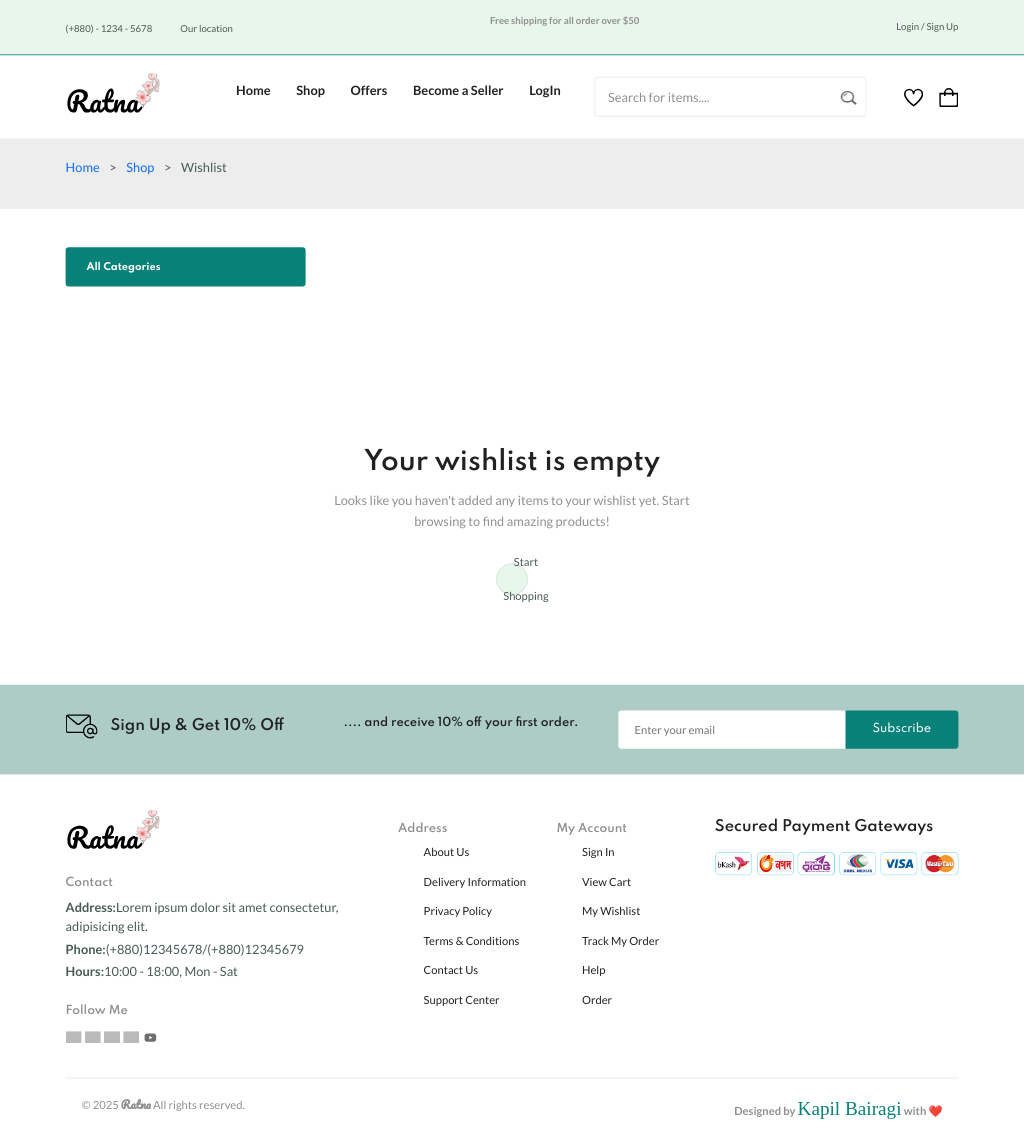
Repository: kapilbairagi/my-ecommerce-website
Page: public/wishlist.html
These files come from the project's save history. The page is drawn as it stood at one moment and after the next save; the edit follows.
The browser window is 1280 px wide. The pictures show the whole page, at 80% of full size.
Pictures or frames that could not be fetched are drawn as grey boxes. Some icons come from a web library that is not loaded, so they are not drawn. Some web fonts or font styles are not loaded; a fallback is used.

Above is the page before, as saved 2025-10-18 22:25:02.
Console error: TypeError: Cannot set properties of null (setting 'innerHTML')

### public/wishlist.html
<!DOCTYPE html>
<html lang="en">
  <head>
    <meta charset="UTF-8" />
    <meta name="viewport" content="width=device-width, initial-scale=1.0" />

     <!--=============== FLATICON ===============-->
     <link rel='stylesheet' href='https://cdn-uicons.flaticon.com/3.0.0/uicons-bold-rounded/css/uicons-bold-rounded.css'>

    <!--=============== SWIPER CSS ===============-->
    <link rel="stylesheet" href="https://cdn.jsdelivr.net/npm/swiper@10/swiper-bundle.min.css" />

    <!--=============== CSS ===============-->
    <link href="https://cdn.jsdelivr.net/npm/bootstrap@5.3.3/dist/css/bootstrap.min.css" rel="stylesheet">
    <link rel="stylesheet" href="assets/css/styles.css" />

    <link rel="icon" href="assets/img/tab-img.png" type="image/png">
    <title>Wishlist</title>
  </head>
  <body>
    <!--=============== HEADER ===============-->
      <header class="header">
      <div class="header__top">
        <div class="header__container container">
          <div class="header__contact">
            <span>(+880) - 1234 - 5678</span>
            <span>Our location</span>
          </div>
          <p class="header__alert-news">
            Free shipping for all order over $50
          </p>
          <a href="login.html" class="header__top-action">Login / Sign Up</a>
        </div>
      </div>

      <nav class="nav container">
        <a href="index.html" class="nav__logo">
          <img src="assets/img/logo.svg" alt="Logo" class="nav__logo-img"/>
        </a>

        <div class="nav__menu" id="nav-menu">
          <div class="nav__menu-top">
            <a href="index.html" class="nav__menu-logo">
              <img src="assets/img/logo.svg" alt="">
            </a>

            <div class="nav__close" id="nav-close">
              <i class="fi fi-br-cross-small"></i>
            </div>
          </div>

          <ul class="nav__list">
            <li class="nav__item">
              <a href="index.html" class="nav__link">Home</a>
            </li>

            <li class="nav__item">
              <a href="shop.html" class="nav__link">Shop</a>
            </li>

            <li class="nav__item">
              <a href="offers.html" class="nav__link">Offers</a>
            </li>

            <li class="nav__item">
              <a href="become-seller.html" class="nav__link">Become a Seller</a>
            </li>
            <li class="nav__item">
              <a href="login.html" class="nav__link">LogIn</a>
            </li>
          </ul>

          <div class="header__search">
            <input type="text" placeholder="Search for items...." class="form__input"/>
            <button type="button" class="search__btn" aria-label="Search">
              <img src="assets/img/search.png" alt="icon-search">
            </button>
          </div>
        </div>


        <div class="header__user-actions">
          <a href="wishlist.html" class="header__action-btn">
            <img src="assets/img/icon-heart.svg" alt="icon-heart">
            <span class="count"></span>
          </a>

          <a href="cart.html" class="header__action-btn">
            <img src="assets/img/icon-cart.svg" alt="icon-cart">
            <span class="count"></span>
          </a>
          <div class="header__action-btn nav__toggle" id="nav-toggle">
            <img src="assets/img/menu-burger.svg" alt="">
          </div>

        </div>
      </nav>
    </header>

    <!--=============== MAIN ===============-->
    <main class="main">
      <!--=============== BREADCRUMB ===============-->
      <section class="breadcrumb">
        <ul class="breadcrumb__list flex container">
         <li><a href="index.html" class="breadcrumb__link">Home</a></li>
         <li><span class="breadcrumb__link">></span></li>
         <li><a href="shop.html" class="breadcrumb__link">Shop</a></li>
         <li><span class="breadcrumb__link">></span></li>
         <li><span class="breadcrumb__link">Wishlist</span></li>
        </ul>
      </section>
      <!--=============== CATEGORIES DROPDOWN ===============-->
      <section class="categories-dropdown section container">
        <div class="dropdown categories-dropdown__container">
          <button
            class="btn dropdown-toggle categories-dropdown__select"
            type="button"
            id="categoriesDropdownButton"
            data-bs-toggle="dropdown"
            aria-expanded="false"
          >
            <span class="categories-dropdown__selected">All Categories</span>
            <i class="fi fi-br-angle-down categories-dropdown__arrow"></i>
          </button>

          <ul class="dropdown-menu categories-dropdown__list" aria-labelledby="categoriesDropdownButton">
            <li class="dropdown-header categories-dropdown__title">Women's & Girls' Fashion</li>
            <li><a class="dropdown-item categories-dropdown__link" href="#">Western Wear</a></li>
            <li><a class="dropdown-item categories-dropdown__link" href="#">Muslim Wear</a></li>
            <li><a class="dropdown-item categories-dropdown__link" href="#">Traditional Wear</a></li>
            <li><a class="dropdown-item categories-dropdown__link" href="#">Shoes</a></li>
            <li><a class="dropdown-item categories-dropdown__link" href="#">Innerwear</a></li>
            <li><hr class="dropdown-divider"></li>

            <li class="dropdown-header categories-dropdown__title">Men's & Boys' Fashion</li>
            <li><a class="dropdown-item categories-dropdown__link" href="#">Western Wear</a></li>
            <li><a class="dropdown-item categories-dropdown__link" href="#">Muslim Wear</a></li>
            <li><a class="dropdown-item categories-dropdown__link" href="#">Traditional Wear</a></li>
            <li><a class="dropdown-item categories-dropdown__link" href="#">Shoes</a></li>
            <li><a class="dropdown-item categories-dropdown__link" href="#">Innerwear</a></li>
            <li><hr class="dropdown-divider"></li>

            <li class="dropdown-header categories-dropdown__title">Bags</li>
            <li><a class="dropdown-item categories-dropdown__link" href="#">Wallets</a></li>
            <li><a class="dropdown-item categories-dropdown__link" href="#">Bag Charms & Accessories</a></li>
            <li><a class="dropdown-item categories-dropdown__link" href="#">Crossbody & Shoulder Bags</a></li>
            <li><a class="dropdown-item categories-dropdown__link" href="#">Tote Bags</a></li>
            <li><a class="dropdown-item categories-dropdown__link" href="#">Backpacks</a></li>
            <li><a class="dropdown-item categories-dropdown__link" href="#">Top Handle Bags and Clutches</a></li>
            <li><hr class="dropdown-divider"></li>

            <li class="dropdown-header categories-dropdown__title">Watches, Bags, Jewellery</li>
            <li><a class="dropdown-item categories-dropdown__link" href="#">Watches</a></li>
            <li><a class="dropdown-item categories-dropdown__link" href="#">Bags</a></li>
            <li><a class="dropdown-item categories-dropdown__link" href="#">Jewellery</a></li>
            <li><hr class="dropdown-divider"></li>

            <li class="dropdown-header categories-dropdown__title">Electronic Accessories</li>
            <li><a class="dropdown-item categories-dropdown__link" href="#">TV & Home Appliances</a></li>
            <li><a class="dropdown-item categories-dropdown__link" href="#">Electronics Device</a></li>
            <li><a class="dropdown-item categories-dropdown__link" href="#">Audio & Video</a></li>
            <li><a class="dropdown-item categories-dropdown__link" href="#">Computer Accessories</a></li>
            <li><hr class="dropdown-divider"></li>

            <li class="dropdown-header categories-dropdown__title">Sports & Outdoors</li>
            <li><a class="dropdown-item categories-dropdown__link" href="#">Exercise & Fitness</a></li>
            <li><a class="dropdown-item categories-dropdown__link" href="#">Team Sports</a></li>
            <li><a class="dropdown-item categories-dropdown__link" href="#">Outdoor Recreation</a></li>
            <li><a class="dropdown-item categories-dropdown__link" href="#">Sports Accessories</a></li>
            <li><hr class="dropdown-divider"></li>

            <li class="dropdown-header categories-dropdown__title">Home & Lifestyle</li>
            <li><a class="dropdown-item categories-dropdown__link" href="#">Furniture</a></li>
            <li><a class="dropdown-item categories-dropdown__link" href="#">Home Decor</a></li>
            <li><a class="dropdown-item categories-dropdown__link" href="#">Kitchen & Dining</a></li>
            <li><a class="dropdown-item categories-dropdown__link" href="#">Bed & Bath</a></li>
            <li><a class="dropdown-item categories-dropdown__link" href="#">Garden & Outdoor</a></li>
            <li><hr class="dropdown-divider"></li>

            <li class="dropdown-header categories-dropdown__title">Mother & Baby</li>
            <li><a class="dropdown-item categories-dropdown__link" href="#">Baby Clothing</a></li>
            <li><a class="dropdown-item categories-dropdown__link" href="#">Diapering & Potty</a></li>
            <li><a class="dropdown-item categories-dropdown__link" href="#">Feeding</a></li>
            <li><a class="dropdown-item categories-dropdown__link" href="#">Nursery</a></li>
            <li><a class="dropdown-item categories-dropdown__link" href="#">Baby Personal Care</a></li>
            <li><hr class="dropdown-divider"></li>

            <li class="dropdown-header categories-dropdown__title">Automotive & Motorbike</li>
            <li><a class="dropdown-item categories-dropdown__link" href="#">Car Accessories</a></li>
            <li><a class="dropdown-item categories-dropdown__link" href="#">Motorcycle Accessories</a></li>
            <li><a class="dropdown-item categories-dropdown__link" href="#">Car Electronics</a></li>
            <li><a class="dropdown-item categories-dropdown__link" href="#">Oils & Fluids</a></li>
            <li><a class="dropdown-item categories-dropdown__link" href="#">Tools & Equipment</a></li>
            <li><hr class="dropdown-divider"></li>

            <li class="dropdown-header categories-dropdown__title">Groceries</li>
            <li><a class="dropdown-item categories-dropdown__link" href="#">Food Cupboard</a></li>
            <li><a class="dropdown-item categories-dropdown__link" href="#">Beverages</a></li>
            <li><a class="dropdown-item categories-dropdown__link" href="#">Snacks</a></li>
            <li><a class="dropdown-item categories-dropdown__link" href="#">Breakfast Foods</a></li>
            <li><a class="dropdown-item categories-dropdown__link" href="#">Canned Goods</a></li>
            <li><hr class="dropdown-divider"></li>

            <li class="dropdown-header categories-dropdown__title">Health & Beauty</li>
            <li><a class="dropdown-item categories-dropdown__link" href="#">Skincare</a></li>
            <li><a class="dropdown-item categories-dropdown__link" href="#">Makeup</a></li>
            <li><a class="dropdown-item categories-dropdown__link" href="#">Hair Care</a></li>
            <li><a class="dropdown-item categories-dropdown__link" href="#">Fragrance</a></li>
            <li><a class="dropdown-item categories-dropdown__link" href="#">Personal Care</a></li>
          </ul>
        </div>
      </section>
      <!--=============== WISHLIST ===============-->
      <section class="wishlist section--lg container">
        <div class="table__container">
          <table class="table">
            <tr>
              <th>Product Image</th>
              <th>Product Name</th>
              <th>Price</th>
              <th>Stock Status</th>
              <th>Action</th>
              <th>Remove</th>
            </tr>
            <!-- Items will be added dynamically by JavaScript -->
          </table>
        </div>
      </section>

       <!--=============== NEWSLETTER ===============-->
     <section class="newsletter section">
        <div class="newsletter__container container grid">
          <h3 class="newsletter__title flex">
            <img src="assets/img/icon-email.svg" alt="email icon" class="newsletter__icon">
            Sign Up & Get 10% Off
          </h3>

          <p class="newsletter__description">.... and receive 10% off your first order.</p>

          <form action="" class="newsletter__form">
            <input type="email" placeholder="Enter your email" class="newsletter__input">
            <button type="submit" class="newsletter__btn">Subscribe</button>
          </form>
        </div>
      </section>
    </main>

    <!--=============== FOOTER ===============-->
    <footer class="footer container">
      <div class="footer__container grid">
        <div class="footer__content">
          <a href="index.html" class="footer__logo"><img src="assets/img/logo.svg" alt="logo" class="footer__logo-img"></a>

          <h4 class="footer__subtitle">Contact</h4>

          <p class="footer__description"><span>Address:</span>Lorem ipsum dolor sit amet consectetur, adipisicing elit.</p>
          <p class="footer__description"><span>Phone:</span>(+880)12345678/(+880)12345679</p>
          <p class="footer__description"><span>Hours:</span>10:00 - 18:00, Mon - Sat</p>
          <div class="footer__social">
            <h4 class="footer__subtitle">Follow Me</h4>
            <div class="footer__social-links flex">
              <a href=""><img src="assets/img/icon-facebook.svg" alt="facebook" class="footer__social-icon"></a>
              <a href=""><img src="assets/img/icon-twitter.svg" alt="twitter" class="footer__social-icon"></a>
              <a href=""><img src="assets/img/icon-instagram.svg" alt="instagram" class="footer__social-icon"></a>
              <a href=""><img src="assets/img/icon-pinterest.svg" alt="pinterest" class="footer__social-icon"></a>
              <a href=""><img src="assets/img/icon-youtube.svg" alt="youtube" class="footer__social-icon"></a>
            </div>
          </div>
        </div>

        <div class="footer__content">
          <h4 class="footer__subtitle">Address</h4>
          <ul class="footer__links">
            <li><a href="#" class="footer__link">About Us</a></li>
            <li><a href="#" class="footer__link">Delivery Information</a></li>
            <li><a href="#" class="footer__link">Privacy Policy</a></li>
            <li><a href="#" class="footer__link">Terms & Conditions</a></li>
            <li><a href="#" class="footer__link">Contact Us</a></li>
            <li><a href="#" class="footer__link">Support Center</a></li>
          </ul>
        </div>

        <div class="footer__content">
          <h4 class="footer__subtitle">My Account</h4>
          <ul class="footer__links">
            <li><a href="login-register.html" class="footer__link">Sign In</a></li>
            <li><a href="cart.html" class="footer__link">View Cart</a></li>
            <li><a href="wishlist.html" class="footer__link">My Wishlist</a></li>
            <li><a href="#" class="footer__link">Track My Order</a></li>
            <li><a href="#" class="footer__link">Help</a></li>
            <li><a href="#" class="footer__link">Order</a></li>
          </ul>
        </div>

        <div class="footer__content">
          <h3 class="footer__title">Secured Payment Gateways</h3>
          <img src="assets/img/payment-method.png" alt="payment-method">
        </div>
      </div>

      <div class="footer__bottom">
        <p class="copyright">© 2025 <span class="brand__name">Ratna</span> All rights reserved.</p>
        <span class="designer">Designed by <span class="designer__name">Kapil Bairagi</span> with ❤️</span>
      </div>
    </footer>

   <!--=============== SWIPER JS ===============-->
    <script src="https://cdn.jsdelivr.net/npm/swiper@11/swiper-bundle.min.js"></script>

    <!--=============== MAIN JS ===============-->
    <script src="https://cdn.jsdelivr.net/npm/bootstrap@5.3.3/dist/js/bootstrap.bundle.min.js"></script>
    <script src="assets/js/cart-manager.js"></script>
    <script src="assets/js/wishlist-manager.js"></script>
    <script src="assets/js/main.js"></script>

    <!--=============== ADD TO CART POPUP ===============-->
    <div class="cart-popup" id="cart-popup">
      <div class="cart-popup__overlay"></div>
      <div class="cart-popup__content">
        <button class="cart-popup__close" id="popup-close">&times;</button>

        <div class="cart-popup__grid">
          <!-- Left: Product Image -->
          <div class="cart-popup__img-box">
            <img id="popup-img" src="assets/img/default.jpg" alt="Product Image" class="cart-popup__img">
          </div>

          <!-- Right: Product Info -->
          <div class="cart-popup__details">
            <h2 id="popup-title" class="details__title">Product Title</h2>
            <p id="popup-category" class="details__brand">Brand:<span>Nike</span></p>

            <div class="details__price">
              <span id="popup-price" class="new__price">$0.00</span>
              <span id="popup-old-price" class="old__price">$0.00</span>
              <span id="popup-discount" class="discount"></span>
            </div>

            <p id="popup-desc" class="details__description">
              Lorem ipsum, dolor sit amet consectetur adipisicing elit...
            </p>

            <ul class="details__meta">
              <li><span>SKU:</span> <span id="popup-sku">N/A</span></li>
              <li><span>Availability:</span> <span class="availability in-stock" id="popup-availability">In Stock</span></li>
            </ul>

            <div class="details__group">
              <span>Color</span>
              <div id="popup-colors" class="color__list"></div>
            </div>

            <div class="details__group">
              <span>Size</span>
              <div id="popup-sizes" class="size__list"></div>
            </div>

            <div class="details__actions">
              <input type="number" id="popup-quantity" class="quantity" value="1" min="1"/>
              <!-- ADD THIS CONFIRM BUTTON -->
              <button class="btn btn--sm details__cart-btn" id="confirm-add" aria-label="Add To Cart">
                <i class="fi fi-br-shopping-bag-add"></i> Add to Cart
              </button>
            </div>
          </div>
        </div>
      </div>
    </div>
  </body>
</html>

### public/assets/js/wishlist-manager.js
/*=============== WISHLIST FUNCTIONALITY ===============*/

function addToWishlist(product) {
  let wishlistItems = JSON.parse(localStorage.getItem('wishlistItems')) || [];
  const productId = product.id || generateProductId(product.title, product.price, product.img);

  const existingIndex = wishlistItems.findIndex(item => item.id === productId);
  if (existingIndex === -1) {
    wishlistItems.push({
      id: productId,
      title: product.title,
      category: product.category || '',
      price: product.price,
      img: product.img || 'assets/img/product-1-1.jpg'
    });
    localStorage.setItem('wishlistItems', JSON.stringify(wishlistItems));
    updateCounter('wishlistCount', wishlistItems.length);
    showNotification('Product added to wishlist successfully!');
  } else {
    showNotification('This product is already in your wishlist!');
  }
}

function initializeWishlist() {
  loadWishlistItems();
}

function loadWishlistItems() {
  const wishlistItems = JSON.parse(localStorage.getItem('wishlistItems')) || [];
  const table = document.querySelector('.wishlist .table');
  if (!table) return;

  // Clear existing rows except header
  table.querySelectorAll('tr:not(:first-child)').forEach(r => r.remove());

  // Render each item with data-id
  wishlistItems.forEach(item => {
    const tr = document.createElement('tr');
    tr.dataset.id = item.id;
    tr.innerHTML = `
      <td><img src="${item.img}" alt="product image" class="table__img"></td>
      <td>
        <h3 class="table__title">${item.title}</h3>
        <p class="table__description">${item.category}</p>
      </td>
      <td><span class="table__price">$${Number(item.price).toFixed(2)}</span></td>
      <td><span class="table__stock">In Stock</span></td>
      <td><a href="#" class="btn btn--sm add-to-cart-from-wishlist">Add To Cart</a></td>
      <td><i class="fi fi-br-trash table__trash"></i></td>
    `;
    table.appendChild(tr);
  });

  updateCounter('wishlistCount', wishlistItems.length);
  checkEmptyWishlist();
  reattachWishlistEventListeners();
}

function reattachWishlistEventListeners() {
  document.querySelectorAll('.wishlist .table__trash').forEach(btn => {
    btn.addEventListener('click', function() {
      const row = this.closest('tr');
      removeWishlistItem(row);
    });
  });

  document.querySelectorAll('.wishlist .add-to-cart-from-wishlist').forEach(btn => {
    btn.addEventListener('click', function(e) {
      e.preventDefault();
      const row = this.closest('tr');
      addToCartFromWishlist(row);
    });
  });
}

function removeWishlistItem(row) {
  const id = row.dataset.id;

  row.style.transition = 'opacity 0.3s ease';
  row.style.opacity = '0';

  setTimeout(() => {
    let wishlistItems = JSON.parse(localStorage.getItem('wishlistItems')) || [];
    wishlistItems = wishlistItems.filter(i => i.id !== id);
    localStorage.setItem('wishlistItems', JSON.stringify(wishlistItems));

    row.remove();
    updateCounter('wishlistCount', wishlistItems.length);
    checkEmptyWishlist();
  }, 300);
}

function addToCartFromWishlist(row) {
  const id = row.dataset.id;
  const title = row.querySelector('.table__title').textContent;
  const category = row.querySelector('.table__description').textContent;
  const price = parseFloat(row.querySelector('.table__price').textContent.replace(/[^\d.]/g, ''));
  const img = row.querySelector('.table__img').src;

  let cartItems = JSON.parse(localStorage.getItem('cartItems')) || [];
  const idx = cartItems.findIndex(item => item.id === id);

  if (idx !== -1) {
    cartItems[idx].quantity += 1;
  } else {
    cartItems.push({ id, title, category, price, quantity: 1, img });
  }
  localStorage.setItem('cartItems', JSON.stringify(cartItems));

  const currentCartCount = parseInt(localStorage.getItem('cartCount') || '0', 10);
  updateCounter('cartCount', currentCartCount + 1);

  showNotification('Item added to cart successfully!');
  removeWishlistItem(row);
}

function checkEmptyWishlist() {
  const wishlistItems = JSON.parse(localStorage.getItem('wishlistItems')) || [];
  const container = document.querySelector('.wishlist .table__container');

  if (container && wishlistItems.length === 0) {
    container.innerHTML = `
      <div class="empty-wishlist">
        <i class="fi fi-br-heart empty-wishlist__icon"></i>
        <h2 class="empty-wishlist__title">Your wishlist is empty</h2>
        <p class="empty-wishlist__description">Looks like you haven't added any items to your wishlist yet. Start browsing to find amazing products!</p>
        <a href="shop.html" class="action__btn cart__btn flex">
          <i class="fi-br-shopping-bag"></i>
          Start Shopping
        </a>
      </div>
    `;
  }
}

Loaded but not shown: public/assets/js/main.js (703 lines, source omitted); public/assets/js/cart-manager.js (562 lines, source omitted); public/assets/css/styles.css (3989 lines, source omitted)

After the next save:
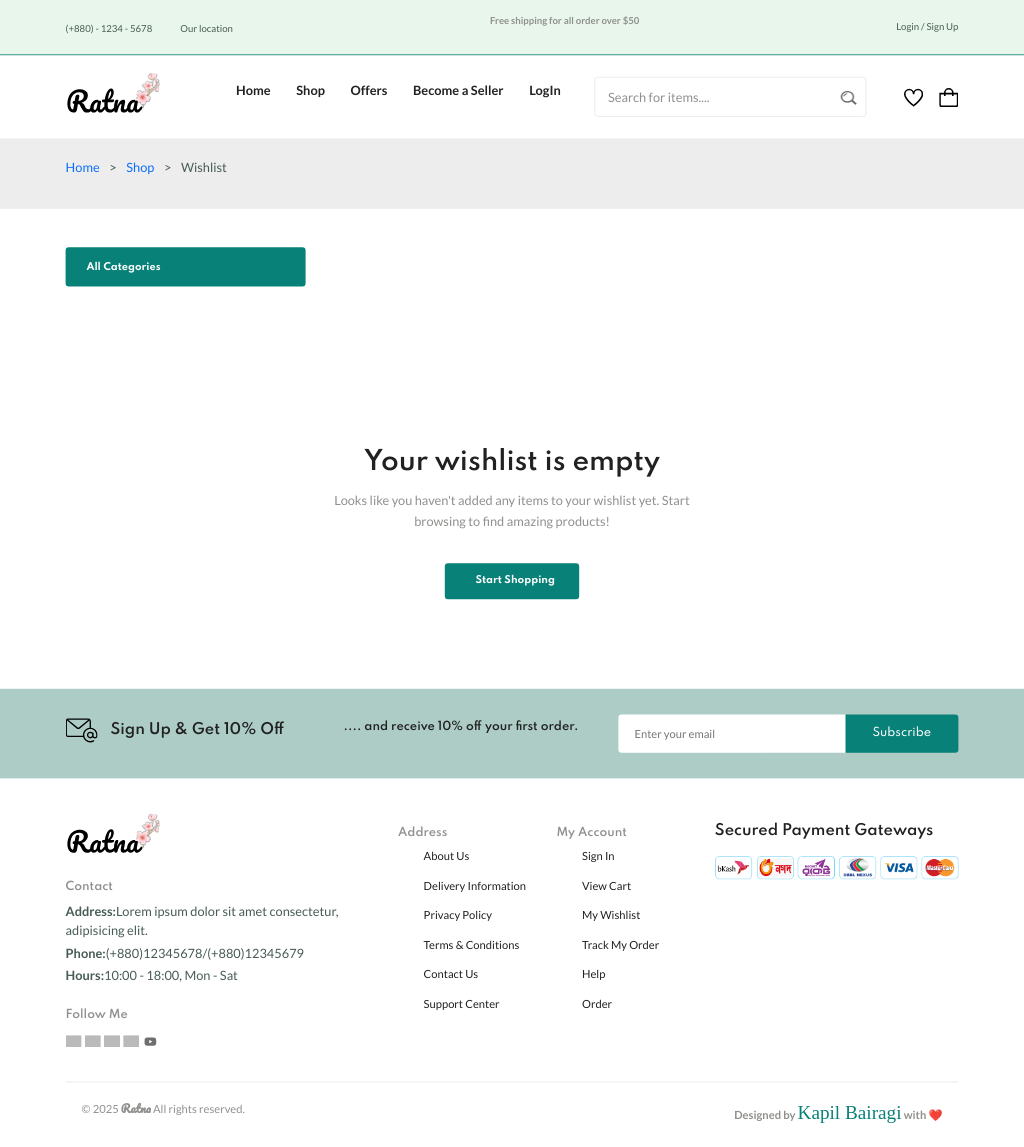
Saved 17 s later.
--- a/public/assets/js/wishlist-manager.js
+++ b/public/assets/js/wishlist-manager.js
@@ -124,7 +124,7 @@ function checkEmptyWishlist() {
         <i class="fi fi-br-heart empty-wishlist__icon"></i>
         <h2 class="empty-wishlist__title">Your wishlist is empty</h2>
         <p class="empty-wishlist__description">Looks like you haven't added any items to your wishlist yet. Start browsing to find amazing products!</p>
-        <a href="shop.html" class="action__btn cart__btn flex">
+        <a href="shop.html" class="btn btn--md flex">
           <i class="fi-br-shopping-bag"></i>
           Start Shopping
         </a>
